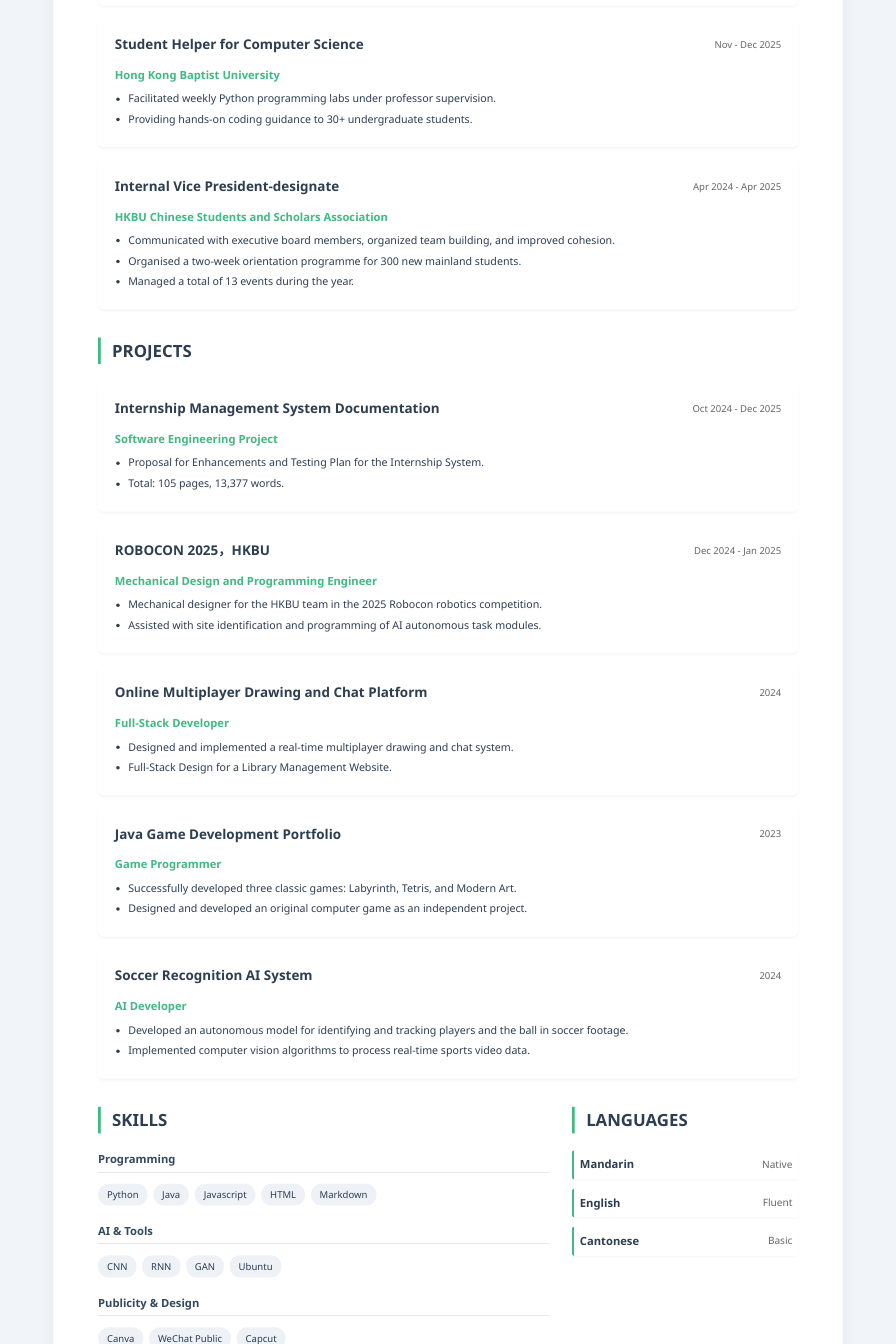
Repository: hhl2802149944-afk/hhl2802149944-afk.github.io
Page: /
These files come from the project's save history. The page is drawn as it stood at one moment and after the next save; the edit follows.
The browser window is 1280 px wide. The pictures show the part of the page from y = 763 to 2683 px (the page is 2828 px tall before and 2394 px after), at 70% of full size.
The project was rebuilt for these pictures with package versions that can differ from the ones it lists, and the page was loaded fresh each time. Also part of the build but not shown: vite.config.js.

Above is the page before, as saved 2026-01-19 14:45:32.

After the next save:
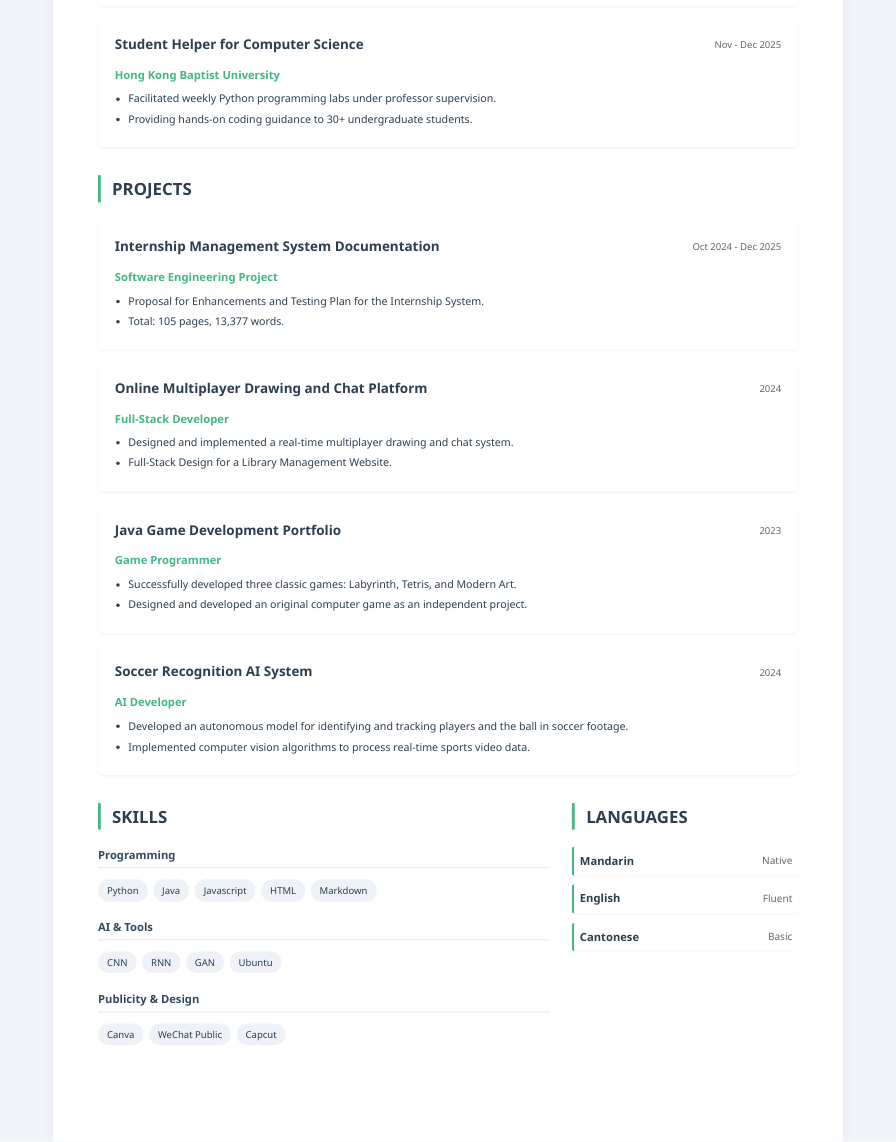
Saved 2 min 24 s later.
--- a/src/views/HomeView.vue
+++ b/src/views/HomeView.vue
@@ -35,7 +35,47 @@ const resumeData = {
         "Facilitated weekly Python programming labs under professor supervision.",
         "Providing hands-on coding guidance to 30+ undergraduate students."
       ]
-    },
+    }
+  ],
+  projects: [
+    {
+      name: "Internship Management System Documentation",
+      date: "Oct 2024 - Dec 2025",
+      role: "Software Engineering Project",
+      details: [
+        "Proposal for Enhancements and Testing Plan for the Internship System.",
+        "Total: 105 pages, 13,377 words."
+      ]
+    },
+    {
+      name: "Online Multiplayer Drawing and Chat Platform",
+      date: "2024",
+      role: "Full-Stack Developer",
+      details: [
+        "Designed and implemented a real-time multiplayer drawing and chat system.",
+        "Full-Stack Design for a Library Management Website."
+      ]
+    },
+    {
+      name: "Java Game Development Portfolio",
+      date: "2023",
+      role: "Game Programmer",
+      details: [
+        "Successfully developed three classic games: Labyrinth, Tetris, and Modern Art.",
+        "Designed and developed an original computer game as an independent project."
+      ]
+    },
+    {
+      name: "Soccer Recognition AI System",
+      date: "2024",
+      role: "AI Developer",
+      details: [
+        "Developed an autonomous model for identifying and tracking players and the ball in soccer footage.",
+        "Implemented computer vision algorithms to process real-time sports video data."
+      ]
+    }
+  ],
+  extracurricular: [
     {
       name: "Internal Vice President-designate",
       date: "Apr 2024 - Apr 2025",
@@ -45,17 +85,6 @@ const resumeData = {
         "Organised a two-week orientation programme for 300 new mainland students.",
         "Managed a total of 13 events during the year."
       ]
-    }
-  ],
-  projects: [
-    {
-      name: "Internship Management System Documentation",
-      date: "Oct 2024 - Dec 2025",
-      role: "Software Engineering Project",
-      details: [
-        "Proposal for Enhancements and Testing Plan for the Internship System.",
-        "Total: 105 pages, 13,377 words."
-      ]
     },
     {
       name: "ROBOCON 2025，HKBU",
@@ -64,33 +93,6 @@ const resumeData = {
       details: [
         "Mechanical designer for the HKBU team in the 2025 Robocon robotics competition.",
         "Assisted with site identification and programming of AI autonomous task modules."
-      ]
-    },
-    {
-      name: "Online Multiplayer Drawing and Chat Platform",
-      date: "2024",
-      role: "Full-Stack Developer",
-      details: [
-        "Designed and implemented a real-time multiplayer drawing and chat system.",
-        "Full-Stack Design for a Library Management Website."
-      ]
-    },
-    {
-      name: "Java Game Development Portfolio",
-      date: "2023",
-      role: "Game Programmer",
-      details: [
-        "Successfully developed three classic games: Labyrinth, Tetris, and Modern Art.",
-        "Designed and developed an original computer game as an independent project."
-      ]
-    },
-    {
-      name: "Soccer Recognition AI System",
-      date: "2024",
-      role: "AI Developer",
-      details: [
-        "Developed an autonomous model for identifying and tracking players and the ball in soccer footage.",
-        "Implemented computer vision algorithms to process real-time sports video data."
       ]
     }
   ],
